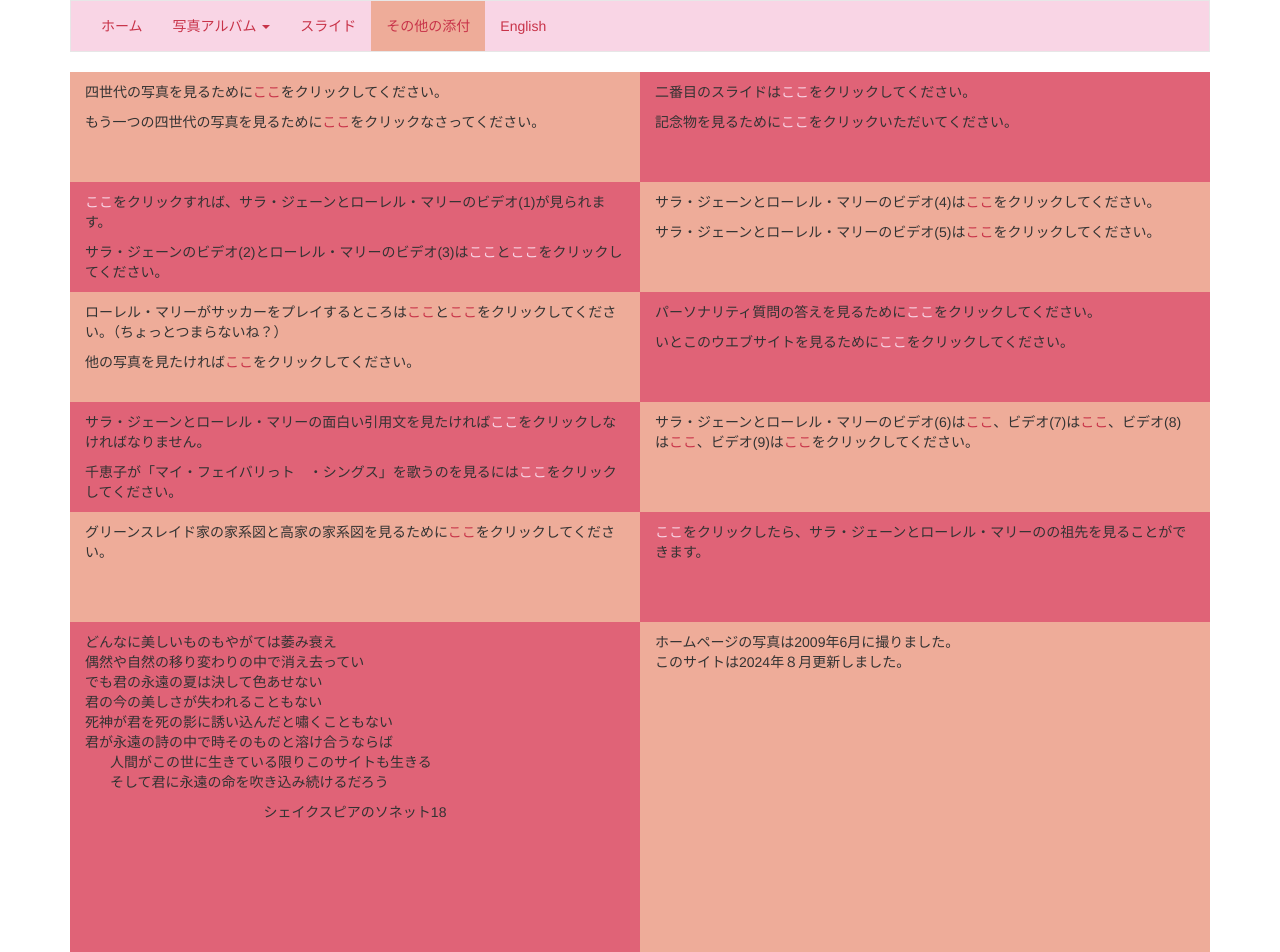
Repository: George2916/Sarah-Jane-and-Laurel-Marie
Page: misc-jap.html
The author's editor kept a record of every edit. The page is drawn from the files as they stood at one moment, then again after the next edit.
The browser window is 1280 px wide. The pictures show the whole page.

Above is the page before.
Console error: TypeError: Cannot read properties of null (reading 'style')

### misc-jap.html
<!DOCTYPE html>
<html>
<head>

    <meta charset="utf-8">
    <meta http-equiv="X-UA-Compatible" content="IE-edge">
    <meta name="viewport" content="width=device-width, initial-scale=1">
    <!--[if lt IE 9]
<script src="https://oss.maxcdn.com/html5shiv/3.7.2/html5shiv.min.js"></script>
<script src="https://oss.maxcdn.com/respond/1.4.2/respond.min.js"></script>
<![endif]-->

  <title>Miscellaneous - Japanese</title>

    <link rel="stylesheet" type="text/css" href="css/bootstrap.css">
    <link rel="stylesheet" type="text/css" href="css/mystyle.css">
    <link href="https://fonts.googleapis.com/css?family=Permanent+Marker" rel="stylesheet">


</head>

<body>

<div class="container">

    <!--collapsing navbar-->

    <nav class="navbar navbar-default">

    <div class="navbar-header">
        <button type="button" class="navbar-toggle" data-toggle="collapse" data-target="#myNavbar"><span class="glyphicon glyphicon-menu-hamburger"></span></button>
    </div>

    <div class="collapse navbar-collapse" id="myNavbar">
        <ul class="nav navbar-nav">
            <li class="DDDD"><a class="home" href="home-jap.html">ホーム</a></li>
            <li class="dropdown DDDD"><a class="active dropdown-toggle gallery-0" data-toggle="dropdown" href="#">写真アルバム <span class="caret"></span></a>
                <ul class="dropdown-menu">
                    <li><a href="gallery1-jap.html">写真アルバム 1 -　2001年1月　/　2004年2月</a></li>
                    <li><a href="gallery2-jap.html">写真アルバム 2 -　2004年2月　/　2006年12月</a></li>
                    <li><a href="gallery3-jap.html">写真アルバム 3 -　2007年6月　/　2008年11月</a></li>
                    <li><a href="gallery4-jap.html">写真アルバム 4 -　2008年11月　/　2009年9月</a></li>
                    <li><a href="gallery5-jap.html">写真アルバム 5 -　2009年12月　/　2012年3月</a></li>
                </ul>
            </li>
            <li class="DDDD"><a class="slideshow" href="slideshow-jap.html">スライド</a></li>
            <li class="active non-drop DDDD"><a class="misc" href="misc-jap.html">その他の添付</a></li>
            <li class="DDDD"><a href="misc.html">English</a></li>
        </ul>
    </div>

    </nav>

    <div>

        <div class="row  noPad">

            <div class="col-sm-6 color1 box1">
                <p>四世代の写真を見るために<a class="misc-link-1 AAA" href="familytreeT.html">ここ</a>をクリックしてください。</p>
                <p>もう一つの四世代の写真を見るために<a class="misc-link-1 AAA" href="familytreeM.html">ここ</a>をクリックなさってください。</p>
            </div>


            <div class="col-sm-6 color2 box2">
                <p>二番目のスライドは<a class="misc-link-2 AAA" href="slideshow2-jap.html">ここ</a>をクリックしてください。</p>
                <p>記念物を見るために<a class="misc-link-2 AAA" href="flippablePhotos.html">ここ</a>をクリックいただいてください。</p>
            </div>


        </div><!--closes .row-->

        <div class="row  noPad">

            <div class="col-sm-6 color2 box3">
                <p><a class="misc-link-3 AAA" href="https://www.youtube.com/watch?v=NwOyJzJh9Wc">ここ</a>をクリックすれば、サラ<span >・</span>ジェーンとローレル<span >・</span>マリーのビデオ(1)が見られます。</p>
                <p>サラ<span >・</span>ジェーンのビデオ(2)とローレル<span>・</span>マリーのビデオ(3)は<a class="misc-link-3 AAA" href="https://www.youtube.com/watch?v=lUZmNCm3aWA" target="_blank">ここ</a>と<a class="misc-link-3 AAA" href="https://www.youtube.com/watch?v=WP3CQZRvERk">ここ</a>をクリックしてください。</p>

            </div>



            <div class="col-sm-6 color1 box4">
                <p>サラ<span >・</span>ジェーンとローレル<span >・</span>マリーのビデオ(4)は<a class="misc-link-4 AAA" href="https://www.youtube.com/watch?v=_l0FIXjZr1M" target="_blank">ここ</a>をクリックしてください。</p>
                <p>サラ<span >・</span>ジェーンとローレル<span >・</span>マリーのビデオ(5)は<a class="misc-link-4 AAA" href="https://www.youtube.com/watch?v=VaALOcjoOfE" target="_blank">ここ</a>をクリックしてください。</p>
            </div>

        </div><!--closes .row-->

        <div class="row  noPad">

            <div class="col-sm-6 color1 box5">
                <p>ローレル<span >・</span>マリーがサッカーをプレイするところは<a class="misc-link-5 AAA" href="https://www.youtube.com/watch?v=pcceURS1TcA">ここ</a>と<a class="misc-link-5 AAA" href="https://youtube.com/shorts/QztJYCS5-YM">ここ</a>をクリックしてください。（ちょっとつまらないね？）</p>
                <p>他の写真を見たければ<a class="misc-link-5 AAA" href="miscPhotos.html">ここ</a>をクリックしてください。</p>

            </div>



            <div class="col-sm-6 color2 box6">
                <p>パーソナリティ質問の答えを見るために<a class="misc-link-6 AAA" href="questionnaire-jap.html">ここ</a>をクリックしてください。</p>
                <p>いとこのウエブサイトを見るために<a class="misc-link-6 AAA" href="https://george2916.github.io">ここ</a>をクリックしてください。</p>
            </div>



        </div><!--closes .row-->

        <div class="row  noPad">

            <div class="col-sm-6 color2 box7">
                <p>サラ<span >・</span>ジェーンとローレル<span >・</span>マリーの面白い引用文を見たければ<a class="misc-link-3 AAA" href="quotes.html">ここ</a>をクリックしなければなりません。</p>
                <p>千恵子が「マイ<span >・</span>フェイバリっト　<span >・</span>シングス」を歌うのを見るには<a class="misc-link-3 AAA" href="https://youtu.be/F1NmzCG4n8A">ここ</a>をクリックしてください。</p>
            </div>


            <div class="col-sm-6 color1 box8">
                <p>サラ<span >・</span>ジェーンとローレル<span >・</span>マリーのビデオ(6)は<a class="misc-link-4 AAA" href="https://youtu.be/i4otdVIbA44">ここ</a>、ビデオ(7)は<a class="misc-link-4 AAA" href="https://youtu.be/OAZ1_f3dj48">ここ</a>、ビデオ(8)は<a class="misc-link-4 AAA" href="https://youtu.be/zzMhVbymAOA">ここ</a>、ビデオ(9)は<a class="misc-link-4 AAA" href="https://youtu.be/t_HujAmd91A">ここ</a>をクリックしてください。
            </div>


        </div><!--closes .row-->

        <div class="row  noPad">

            <div class="col-sm-6 color2 box9">
                <p>グリーンスレイド家の家系図と高家の家系図を見るために<a class="misc-link-9 AAA" href="https://george2916.github.io/GreensladeFamilyTree">ここ</a>をクリックしてください。</p>

            </div>


            <div class="col-sm-6 color1 box10">
                <p><a class="misc-link-10 AAA" href="ancestors.html">ここ</a>をクリックしたら、サラ<span >・</span>ジェーンとローレル<span >・</span>マリーのの祖先を見ることができます。
            </div>


        </div><!--closes .row-->

        <div class="row noPad">

            <div class="col-sm-6 color1 box11">
                <p>どんなに美しいものもやがては萎み衰え<br>偶然や自然の移り変わりの中で消え去ってい<br>でも君の永遠の夏は決して色あせない<br>君の今の美しさが失われることもない<br>死神が君を死の影に誘い込んだと嘯くこともない<br>君が永遠の詩の中で時そのものと溶け合うならば<br><span class="last2lines">人間がこの世に生きている限りこのサイトも生きる</span><br><span class="last2lines">そして君に永遠の命を吹き込み続けるだろう</span></p><p style="text-align: center">シェイクスピアのソネット18</p>
            </div>



            <div class="col-sm-6 color2 box12">
                <p>ホームページの写真は2009年6月に撮りました。<br>このサイトは2024年８月更新しました。</p>
            </div>

        </div><!--closes .row-->



    </div>

</div><!-closes .container-->

<script src="js/jquery-3.2.0.js"></script>
<script src="js/bootstrap.js"></script>
<script src="js/myjquery.js"></script>

</body>
</html>

Loaded but not shown: css/bootstrap.css (library); js/jquery-3.2.0.js (library); js/bootstrap.js (library); js/myjquery.js (library); css/mystyle.css (1012 lines, source omitted)

After the next edit:
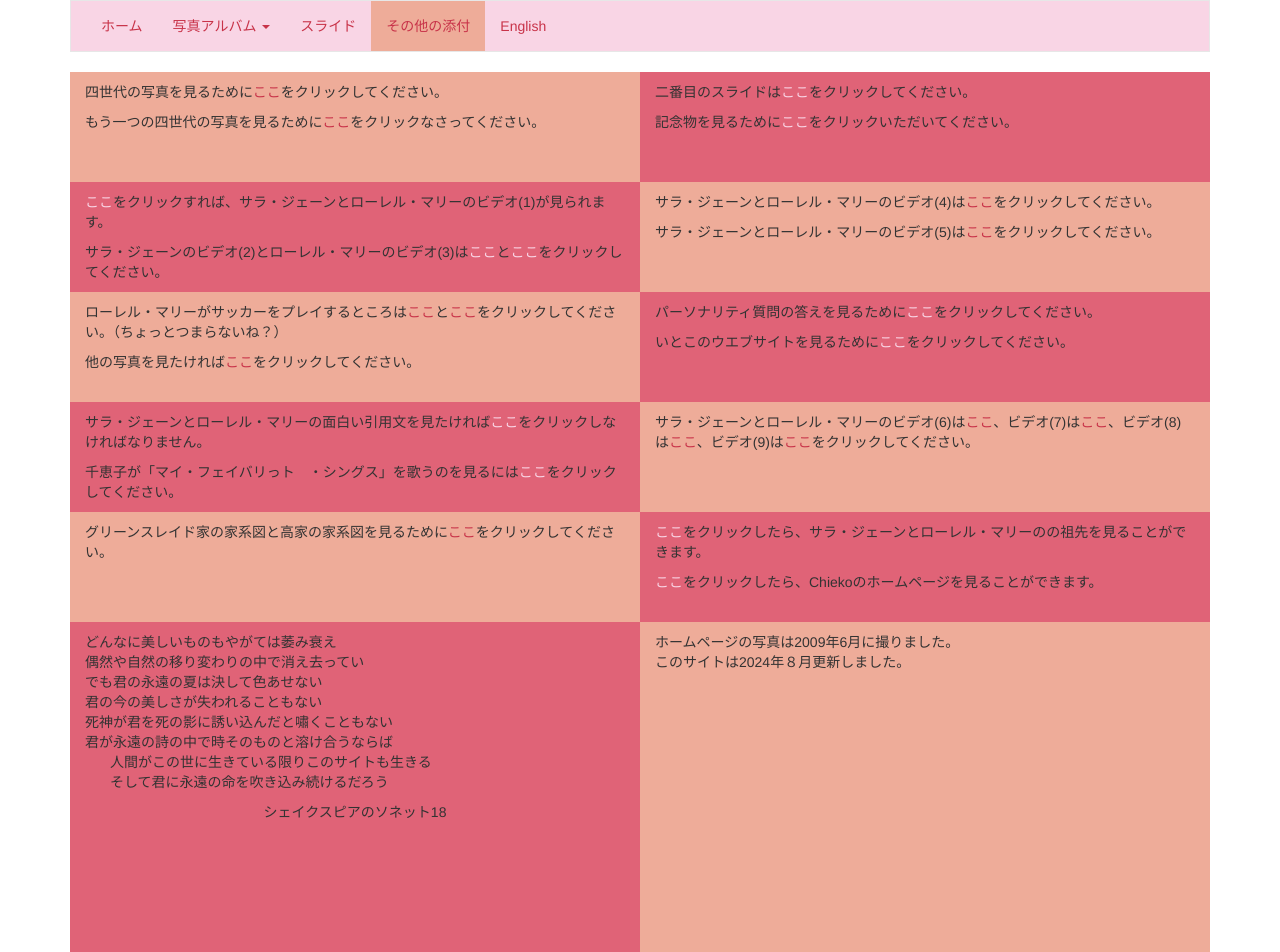
The edit:
--- a/misc-jap.html
+++ b/misc-jap.html
@@ -130,6 +130,7 @@
 
             <div class="col-sm-6 color1 box10">
                 <p><a class="misc-link-10 AAA" href="ancestors.html">ここ</a>をクリックしたら、サラ<span >・</span>ジェーンとローレル<span >・</span>マリーのの祖先を見ることができます。
+                <p><a class="misc-link-10 AAA" href="https://george2916.github.io/FamilyTreePhotographs/sunghee2024.html">ここ</a>をクリックしたら、Chiekoのホームページを見ることができます。
             </div>
 
 
